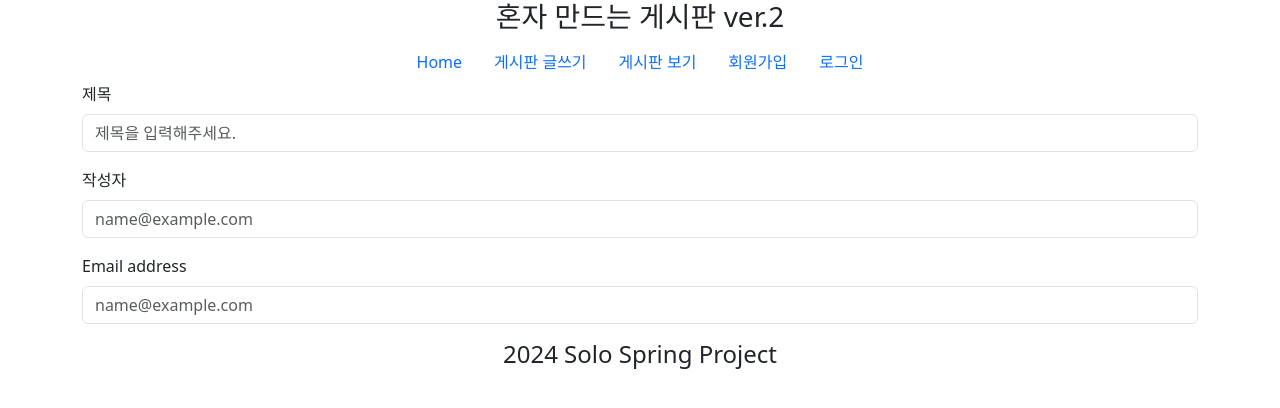
Repository: nefer2/Spring_test
Page: http://localhost/spring_test7/WEB-INF/views/board/register.jsp
The author's editor kept a copy of each file at every save. The page is drawn from the files as they stood at one save, then again after the next save.
The browser window is 1280 px wide. The pictures show the whole page.
The page is served by Tomcat 9. Nobody is signed in. The template is opened directly, without the code that normally fills it, so the values that code supplies are empty.

Above is the page before, as saved 2024-01-17 03:59:59.

After the next save:
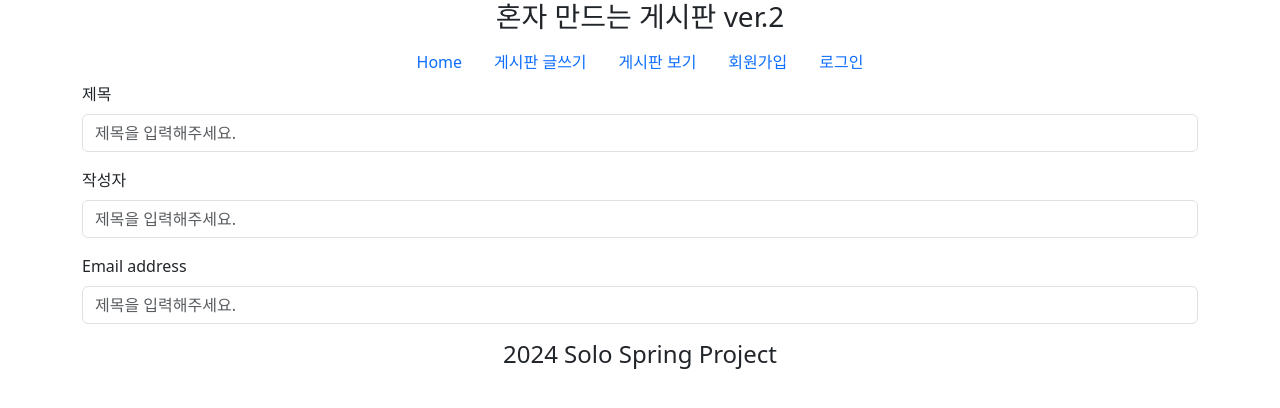
Saved 15 s later.
--- a/spring_test7/src/main/webapp/WEB-INF/views/board/register.jsp
+++ b/spring_test7/src/main/webapp/WEB-INF/views/board/register.jsp
@@ -17,11 +17,11 @@
 		</div>
 		<div class="mb-3">
 		  <label for="wirter" class="form-label">작성자</label>
-		  <input type="text" class="form-control" id="exampleFormControlInput1" placeholder="name@example.com">
+	      <input type="text" name="title" class="form-control" id="title" placeholder="제목을 입력해주세요.">
 		</div>
 		<div class="mb-3">
 		  <label for="exampleFormControlInput1" class="form-label">Email address</label>
-		  <input type="email" class="form-control" id="exampleFormControlInput1" placeholder="name@example.com">
+		  <input type="text" name="title" class="form-control" id="title" placeholder="제목을 입력해주세요.">
 		</div>
 	</form>
 </div>
